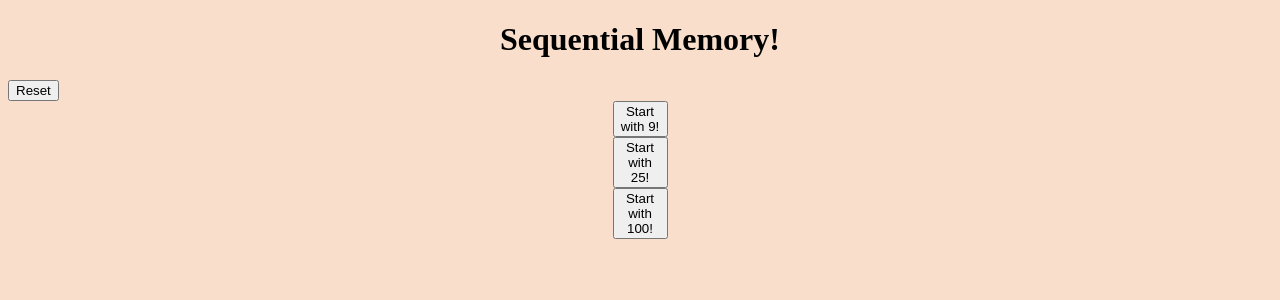
Repository: HyveMynd/htdocs
Page: PS1/MemoryNumbers.html
An editor plug-in stored every save of this project. The page is shown before and after the next save, followed by the edit.
The browser window is 1280 px wide. The pictures show the whole page.
Some web libraries are served in a nearby version.

Above is the page before, as saved 2013-01-22 04:22:06.

### PS1/MemoryNumbers.html
<!DOCTYPE html PUBLIC "-//W3C//DTD HTML 4.01 Transitional//EN" "http://www.w3.org/TR/html4/loose.dtd">
<html>
<head>
<meta http-equiv="Content-Type" content="text/html; charset=UTF-8">
<link rel="stylesheet" href="MemoryStyle.css" type="text/css" />
<script type="text/javascript" src="https://ajax.googleapis.com/ajax/libs/jquery/1.7.1/jquery.min.js"></script>
<script src="memory.js" type="text/javascript" ></script>
<title>Number Memory</title>
</head>
<body>
<h1>Sequential Memory!</h1>
	<input id=reset type=button onclick=window.location.reload() value=Reset />
<div class=gameboard ></div>
<div class=select>
	<button onclick="displayBoard(3)">Start with 9!</button>
	<button onclick="displayBoard(5)">Start with 25!</button>
	<button onclick="displayBoard(10)">Start with 100!</button>
</div>
</body>
</html>

### PS1/MemoryStyle.css
@CHARSET "UTF-8";
body { background-color:#f9dfcb; }
h1 { text-align:center; color:black }
table {
	text-align:center;
	color:black;
	border: 5px solid black;
	border-collapse:collapse;
	margin:auto;
	font-size:50px;
}
tr { border: 5px solid black; height: 100px; width: 100px; }
td { border: 5px solid black; height: 100px; width: 100px; }
p {text-align:center; font-size:30px}
.gameboard input {
	height:90px;
	width:90px;
	background-color:#faaaab;
	font-size:30px;
	color:#faaaab;
}
.select {
	width:55px;
	margin-left:auto;
	margin-right:auto;
}

### PS1/memory.js
var current = 0;
var numbers = new Array();
var rowsColumns;

function displayNumber(button){
	//show number in black
	$(button).css({color:"#000000"});
	var selected = $(button).val();
	//if the number is sequential, do not fade
	if (selected == current+1){
		current++;
	}
	//else reset the numbers to be invisible
	else{
		window.setTimeout(function () {showbutton();}, 500);
		current=0;
	}
	//check for game completion
	if(current == rowsColumns*rowsColumns){
		gameComplete();
	}
}

function showbutton(){
	//reset all the numbers back to blank
	$(".gameboard input").css({color:"#faaaab"});
}

function mouseDown(e){
	displayNumber();
}

function displayBoard(num){
	rowsColumns = num;
	for (var i = 0; i < num*num; i++){
		numbers[i] = i+1;
	}

	//add the buttons to the gameboard
	var board = "<table>";
	for (var r = 0; r < num; r++){
		var row = "<tr>";
		for (var c = 0; c < num; c++){
			var key = Math.floor(Math.random() * numbers.length-1);
			var number = numbers.splice(key, 1);
			//randomly select array numbers
			row += "<td><input type=button value="+number+" /></td>";
		}
		row += "</tr>";
		board += row;
	}
	board += "</table>";
	$(".gameboard").append(board);
	$("#twentyfive").hide();

	//tie gameboard buttons
	$(".gameboard input").click(function () { play(this); });
}

function play(button){
	//get the row and column of the button
	var td = $(button).parent();
	var col = td.parent().children().index(td);
	var row = td.parent().parent().children().index(td.parent());

	//toggle the number to display
	toggle(row, col);
}

function toggle (r,c){
	var button = $(".gameboard input").get(r*rowsColumns+c);
	displayNumber(button);
}

function gameComplete(){
	window.alert("Congratulations! You have won!");
}

After the next save:
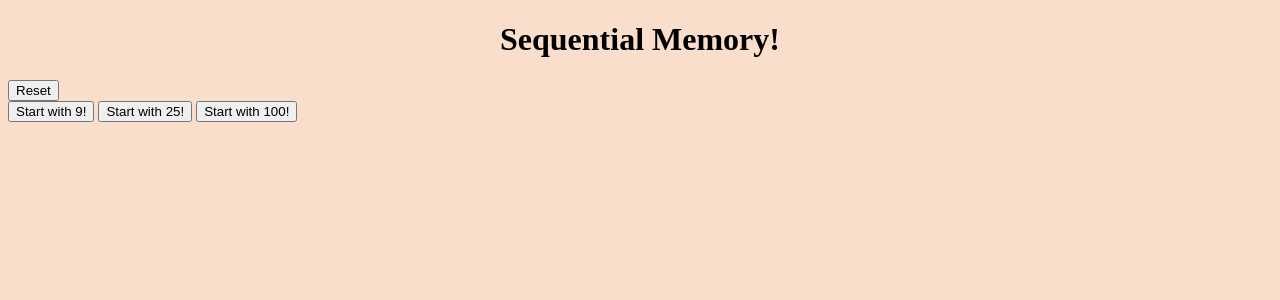
Saved 45 s later.
--- a/PS1/MemoryStyle.css
+++ b/PS1/MemoryStyle.css
@@ -20,7 +20,6 @@ p {text-align:center; font-size:30px}
 	color:#faaaab;
 }
 .select {
-	width:55px;
 	margin-left:auto;
 	margin-right:auto;
 }
